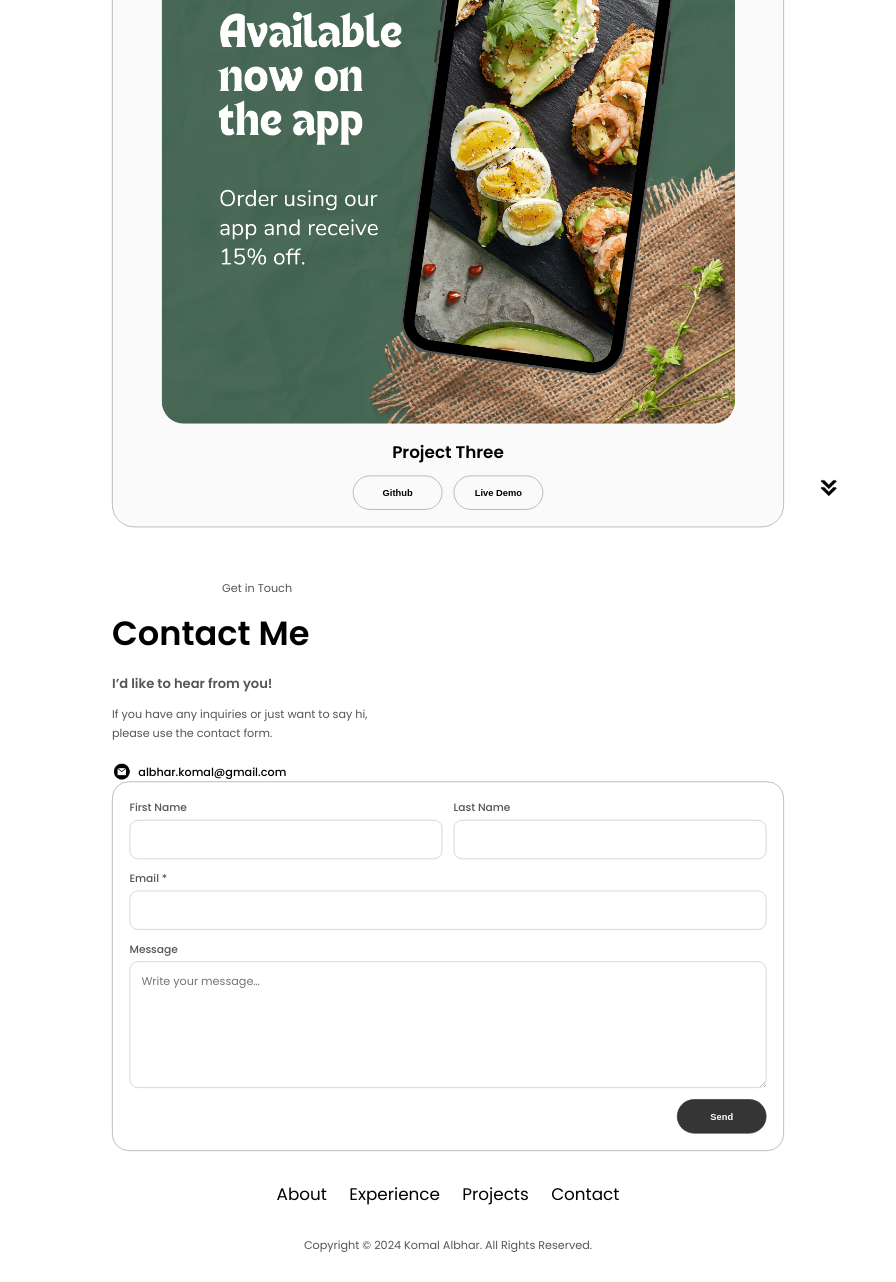
Repository: Komal-A99/komal-albhar
Page: index.html
An editor plug-in stored every save of this project. The page is shown before and after the next save, followed by the edit.
The browser window is 1280 px wide. The pictures show the part of the page from y = 4105 to 6025 px (the page is 5937 px tall before and 6025 px after), at 70% of full size.

Above is the page before, as saved 2025-08-26 11:16:54.

After the next save:
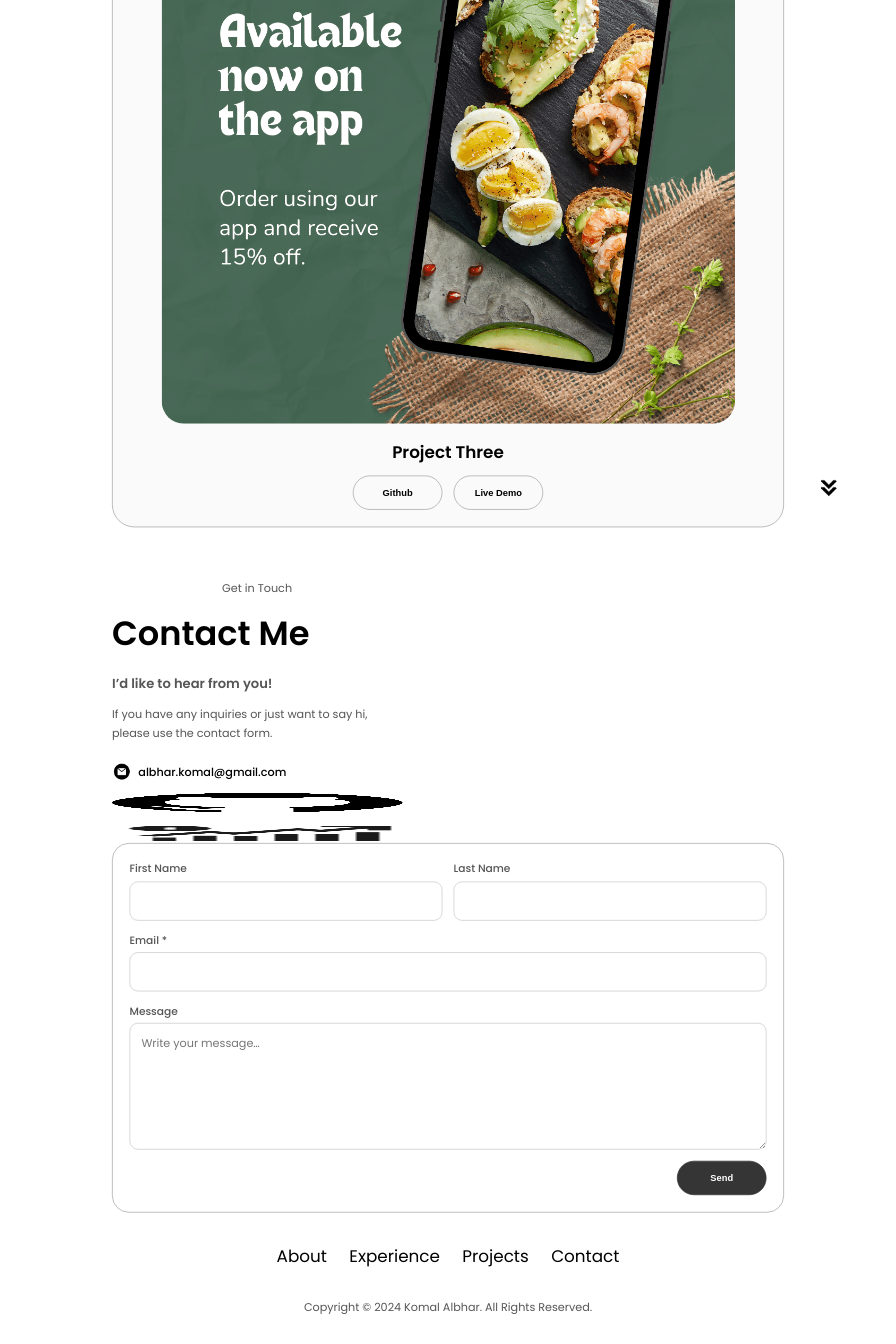
Saved 93 s later.
--- a/index.html
+++ b/index.html
@@ -308,7 +308,7 @@
               alt="LinkedIn"
               class="icon"
               onclick="location.href='https://www.linkedin.com/in/komal-s-b44762373/'"
-            />
+            /> -->
             <img
               src="./assets/github.png"
               alt="GitHub"
@@ -320,7 +320,7 @@
               alt="Tableau"
               class="icon"
               onclick="location.href='https://public.tableau.com/app/profile/komal.albhar/vizzes'"
-            /> -->
+            />
           </div>
         </div>
 
